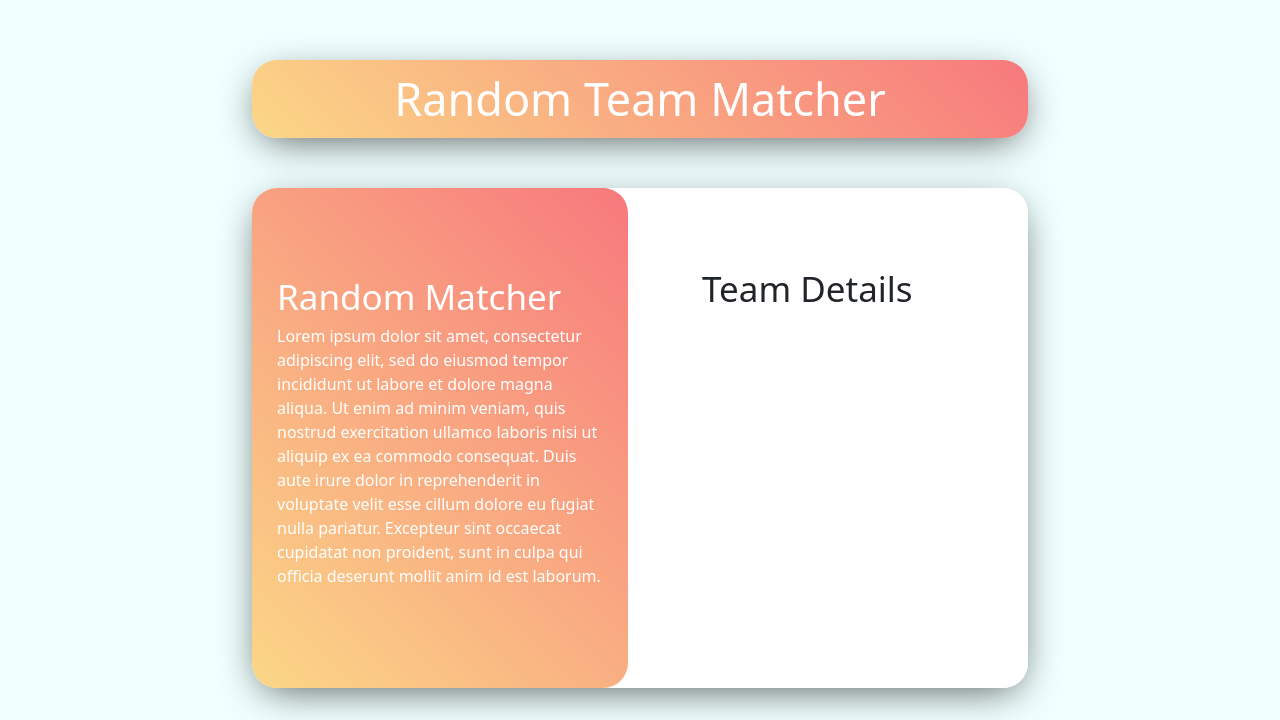
Repository: seleco29/Random-Team-Matcher-Servlet-Jsp
Page: http://localhost/Random_Team_Matcher_v2.0/include/indexHeader.jsp
These files come from the project's save history. The page is drawn as it stood at one moment and after the next save; the edit follows.
The browser window is 1280 px wide. The pictures show the whole page.
The page is served by Tomcat 9. Other server files are loaded and not shown.

Above is the page before, as saved 2023-01-20 17:05:05.

### Random Team Matcher v2.0/src/main/webapp/include/indexHeader.jsp
<!DOCTYPE html>
<html lang="en">
<head>
    <meta charset="UTF-8">
    <meta http-equiv="X-UA-Compatible" content="IE=edge">
    <meta name="viewport" content="width=device-width, initial-scale=1.0">
    <title>Document</title>
    <link rel="stylesheet" href="../css/bootstrap.css">
    <link rel="stylesheet" href="../assets/indexStyle.css">

</head>
<body>
    <div class="container">
        <header class="heading">Random Team Matcher</header>
        <div class="myCard">
            <div class="row">
                <div class="col-md-6">
                    <div class="myLeftCtn">
                        <div class="box">
                            <header class="boxHeader">Random Matcher</header>
                            <p class="boxText">
                                Lorem ipsum dolor sit amet, consectetur adipiscing elit, sed do eiusmod tempor incididunt ut labore et dolore magna aliqua.
                                Ut enim ad minim veniam, quis nostrud exercitation ullamco laboris nisi ut aliquip ex ea commodo consequat.
                                 Duis aute irure dolor in reprehenderit in voluptate velit esse cillum dolore eu fugiat nulla pariatur.
                                 Excepteur sint occaecat cupidatat non proident, sunt in culpa qui officia deserunt mollit anim id est laborum.

                            </p>
                        </div>
                    </div>
                </div>
                <div class="col-md-6">
                    <div class="myRightCtn">
                       <header>Team Details</header>
                        <!-- <form action="" class="myForm text-center">
                            <label for="teamNumber" class="myInputLabel" >Enter the number of teams in total</label>
                            <input type="text" class="myInput" name="teamNumber" placeholder="Total Teams" required>
                        <br/>
                        <input type="submit" class="submitBtn" value="Submit"> -->
                      </form>
</div>
                </div>
            </div>
        </div>
    </div>
</body>
</html>

### Random Team Matcher v2.0/src/main/webapp/assets/indexStyle.css
*{
    margin: 0;
    padding:0;
    box-sizing: border-box;
}
body{
    background-color: azure;
}
.heading{
    position: relative;
    padding-top: 5px;
    padding-bottom: 5px;
    top: -50px;
    font-size: 45px;
    border-radius: 25px;
    background-image:linear-gradient(45deg,#FBD786,#f7797d) ;
    color: #fff;
    display: flex;
    justify-content: center;
    box-shadow: 0px 10px 40px -10px rgba(0,0,0,0.7);
}
.container{
    position: absolute;
    max-width: 800px;
    height: 500px;
    margin: auto;
    top: 50%;
    left: 50%;
    transform: translate(-50%,-50%);
}
.myLeftCtn{
    position: relative;
    background-image: linear-gradient(45deg,#FBD786,#f7797d);
    border-radius: 25px;
    height: 100%;
    padding: 25px;
    display: flex;
    justify-content: center;
    align-items: center;
}
.myRightCtn{
    position: relative;
    background-color: #fff;
    border-radius: 25px;
    height: 100%;
    padding: 25px;
    padding-left: 50px;
}
.boxHeader{
    font-size: 35px;
    color: #fff;
}
.boxText{
color: #fff;
}
.row{
    height: 100%;
}
.myCard{
    position: relative;
    background: #fff;
    height: 100%;
    border-radius: 25px;
    box-shadow: 0px 10px 40px -10px rgba(0,0,0,0.7);
}
.myRightCtn header{
 padding-top: 50px;
font-weight: 100;
font-size: 35px;
}
.myInput{
    width: 250px;
    border-radius: 25px;
    border: none;
    padding: 5px 25px 5px 25px;
    background-color: #ede6e6;
    color: #fff;
    display: flex;
    align-content: flex-start;
}
.myInputLabel{
    display: flex;
    align-content: flex-start;
    padding-bottom: 10px;
    margin-top: 25%;
    font-weight: 500;

}
.submitBtn{
    width: 150px;
    border-radius: 25px;
    margin-left: -40px;
    color: #fff;
    background-image: linear-gradient(45deg,#FBD786,#f7797d);
    border: none;
    padding-top: 5px;
    padding-bottom: 5px;
}

Loaded but not shown: Random Team Matcher v2.0/src/main/webapp/css/bootstrap.css (library)

After the next save:
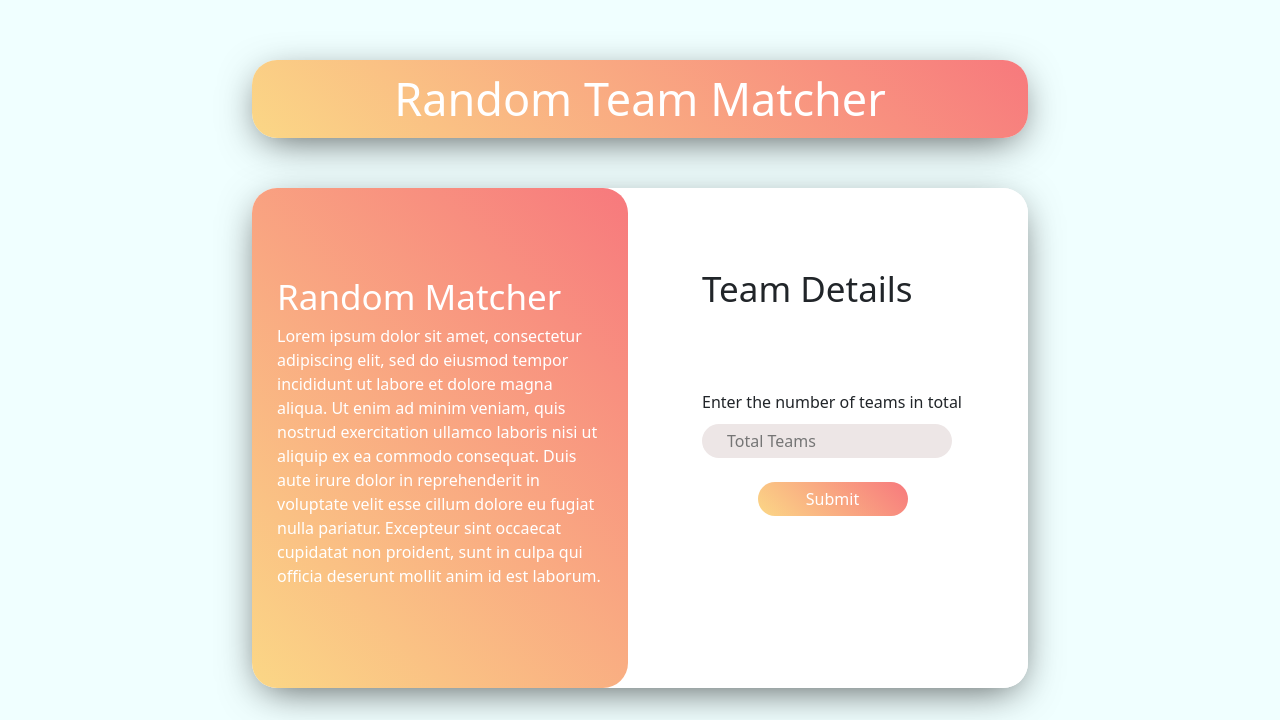
Saved 20 s later.
--- a/Random Team Matcher v2.0/src/main/webapp/include/indexHeader.jsp
+++ b/Random Team Matcher v2.0/src/main/webapp/include/indexHeader.jsp
@@ -31,13 +31,13 @@
                 <div class="col-md-6">
                     <div class="myRightCtn">
                        <header>Team Details</header>
-                        <!-- <form action="" class="myForm text-center">
+                  <form action="" class="myForm text-center">
                             <label for="teamNumber" class="myInputLabel" >Enter the number of teams in total</label>
                             <input type="text" class="myInput" name="teamNumber" placeholder="Total Teams" required>
                         <br/>
-                        <input type="submit" class="submitBtn" value="Submit"> -->
+                        <input type="submit" class="submitBtn" value="Submit">
                       </form>
-</div>
+					</div>
                 </div>
             </div>
         </div>
